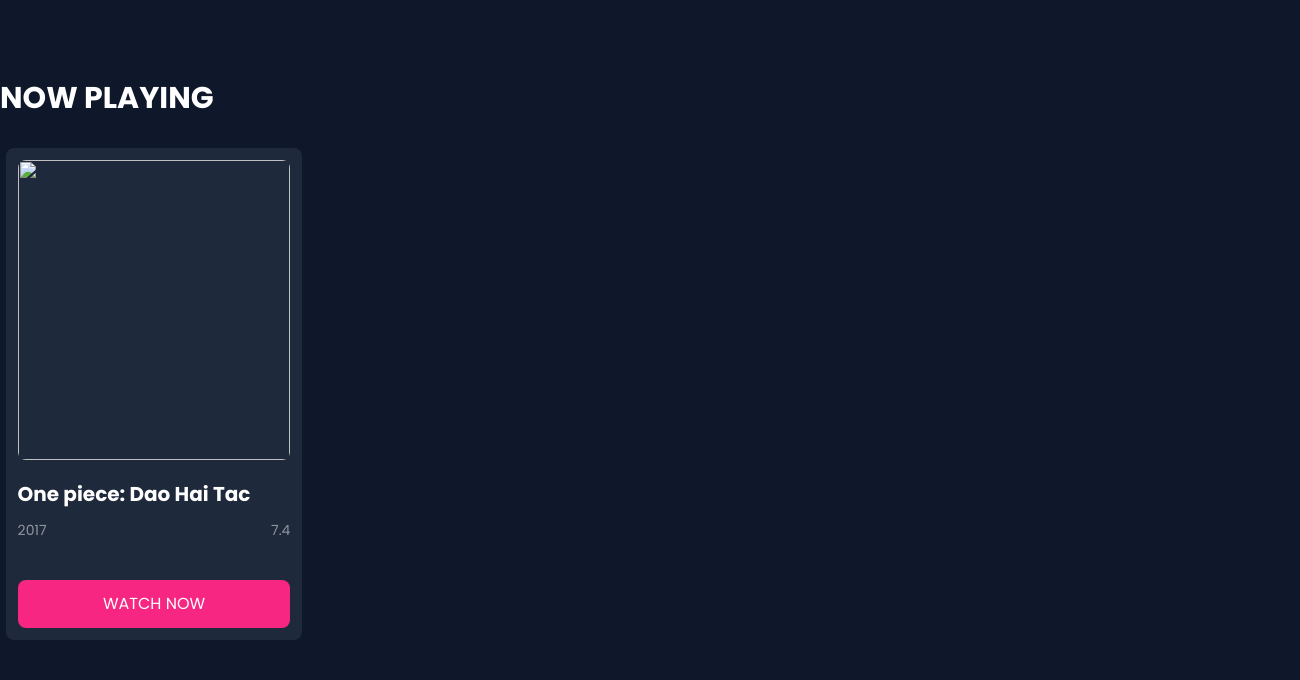
Repository: HoangLong0210/MovieWithTheMovieDb
Page: /movie
These files come from the project's save history. The page is drawn as it stood at one moment and after the next save; the edit follows.
The browser window is 1280 px wide. The page is 1300 px wide, so the pictures cover 1300 px, including what lies to the right of the window. The pictures show the part of the page from y = 624 to 1304 px (the page is 1304 px tall).
The project was rebuilt for these pictures with package versions that can differ from the ones it lists, and the page was loaded fresh each time.

Above is the page before, as saved 2023-04-27 14:36:18.

After the next save:
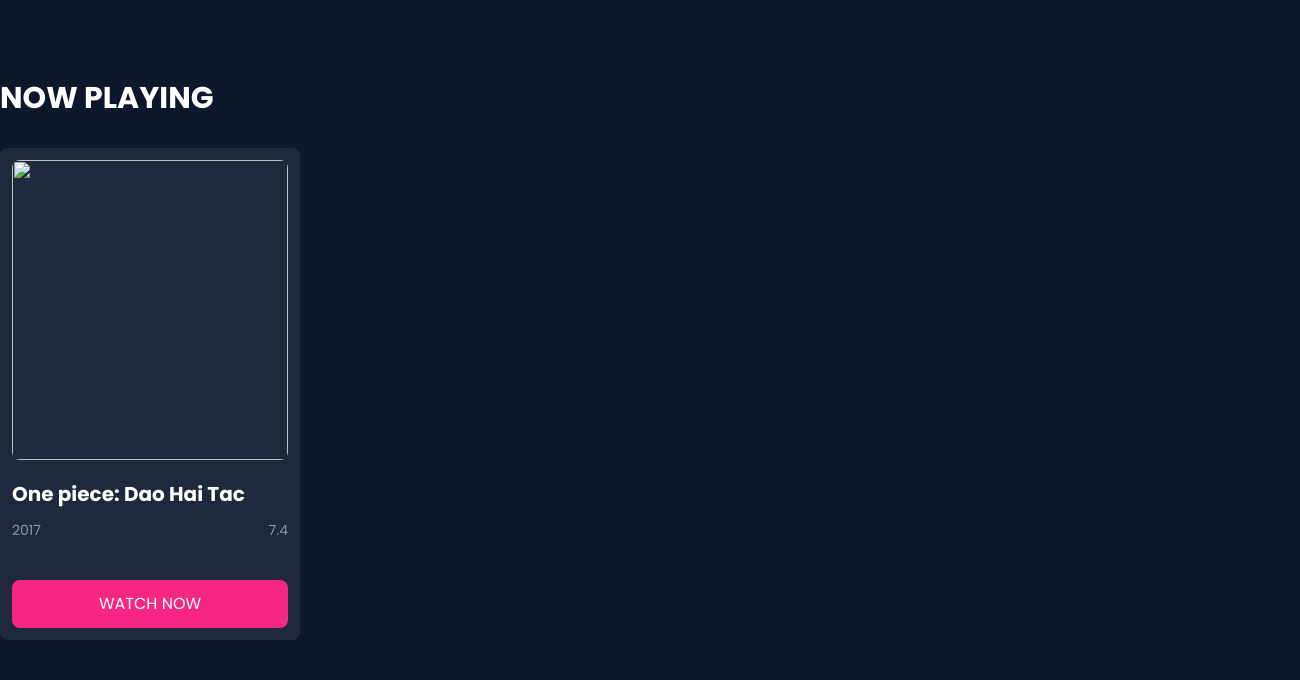
Saved 108 s later.
--- a/src/index.scss
+++ b/src/index.scss
@@ -17,4 +17,7 @@
     max-width: 1440px;
     @apply mx-auto;
   }
+  .movie-list .swiper-slide {
+    width: 300px;
+  }
 }

After the save that followed:
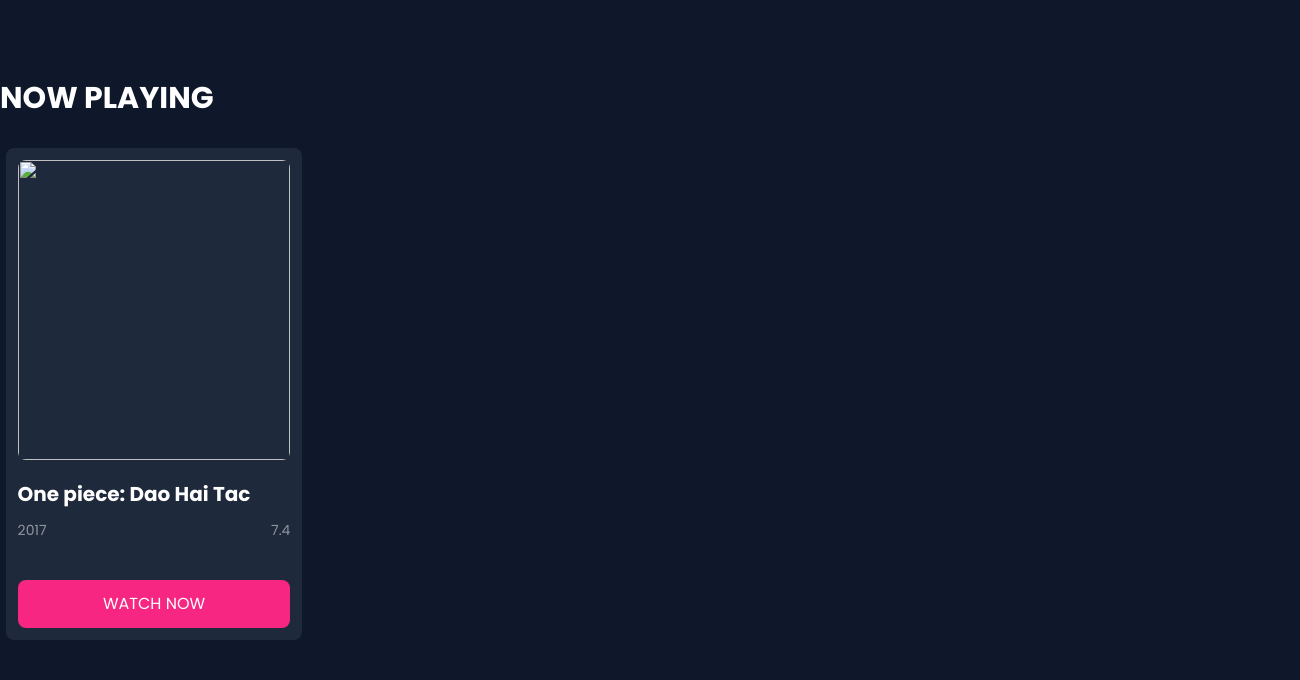
Saved 36 s later.
--- a/src/index.scss
+++ b/src/index.scss
@@ -17,7 +17,7 @@
     max-width: 1440px;
     @apply mx-auto;
   }
-  .movie-list .swiper-slide {
-    width: 300px;
-  }
+  // .movie-list .swiper-slide {
+  //   width: 300px;
+  // }
 }
